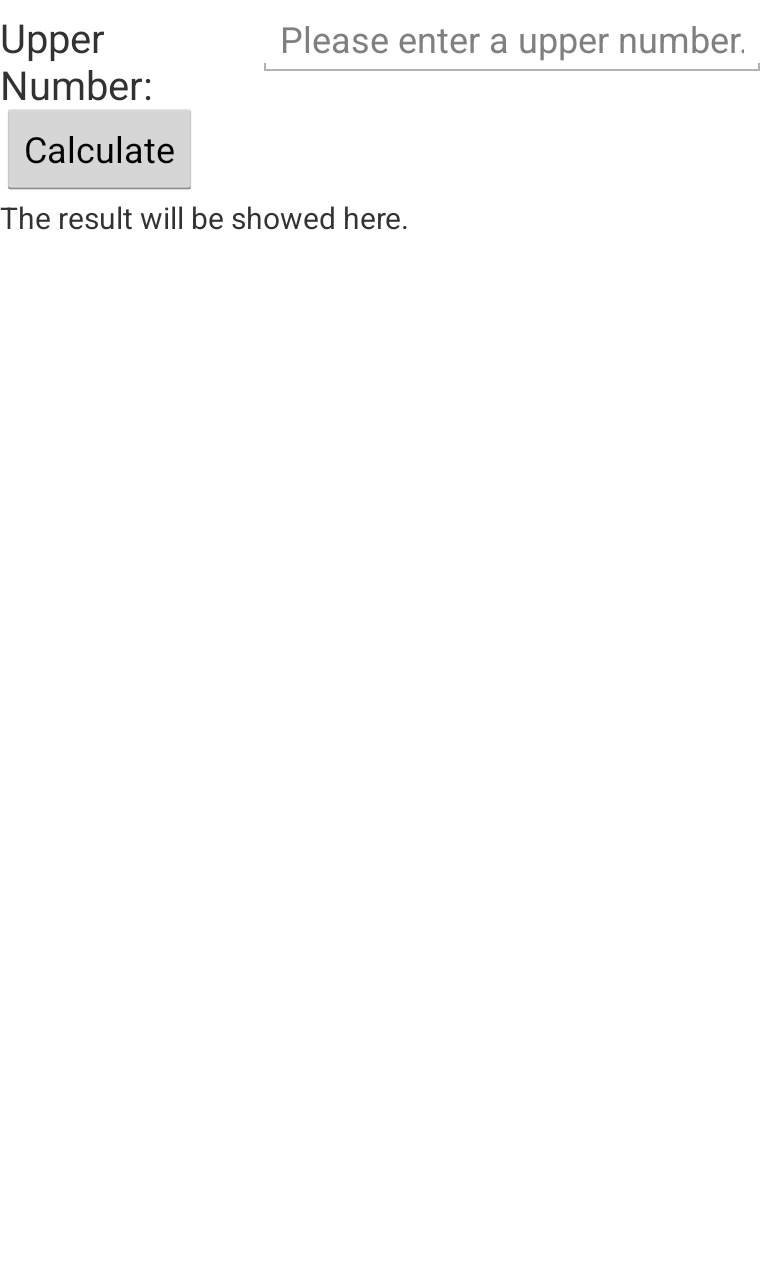
Repository: Liu-D-Henrry/Android
Layout: DemoHandler/res/layout/calculator.xml
An editor plug-in stored every save of this project. The layout is shown before and after the next save, followed by the edit.
It is drawn on a 768 x 1280 px phone screen (xhdpi) without system bars, with theme AppTheme; the app's code is not run.

Above is the layout before, as saved 2013-08-28 07:31:38.

### DemoHandler/res/layout/calculator.xml
<?xml version="1.0" encoding="utf-8"?>
<LinearLayout xmlns:android="http://schemas.android.com/apk/res/android"
    android:layout_width="match_parent"
    android:layout_height="match_parent"
    android:orientation="vertical" >

    <LinearLayout
        android:layout_width="match_parent"
        android:layout_height="wrap_content"
        android:orientation="horizontal" >

    	<TextView
     	   	android:layout_width="0dp"
     	   	android:layout_height="wrap_content"
			android:layout_weight="1"
			android:textSize="20sp"
        	android:text="@string/textNum" />

    	<EditText
        	android:id="@+id/editNum"
        	android:layout_width="0dp"
       		android:layout_height="wrap_content"
       		android:layout_weight="2"
       		android:hint="@string/textHint"
        	android:inputType="number" />

    </LinearLayout>

    <Button
        android:id="@+id/calculate"
        android:layout_width="wrap_content"
        android:layout_height="wrap_content"
        android:text="@string/buttonCalculate" />

    <TextView
        android:id="@+id/result"
        android:layout_width="match_parent"
        android:layout_height="match_parent"
        android:textSize="15sp"
        android:text="@string/result" />

</LinearLayout>

### DemoHandler/res/values/strings.xml
<?xml version="1.0" encoding="utf-8"?>
<resources>

    <string name="app_name">DemoHandler</string>
    <string name="action_settings">Settings</string>
    <string name="hello_world">Hello world!</string>

    <string name="textNum">Upper Number: </string>
    <string name="textHint">Please enter a upper number.</string>
    <string name="buttonCalculate">Calculate</string>
    <string name="result">The result will be showed here.</string>

</resources>

Loaded but not shown: DemoHandler/res/values/styles.xml (common file); DemoHandler/res/values-v11/styles.xml (common file); DemoHandler/res/values-v14/styles.xml (common file)

After the next save:
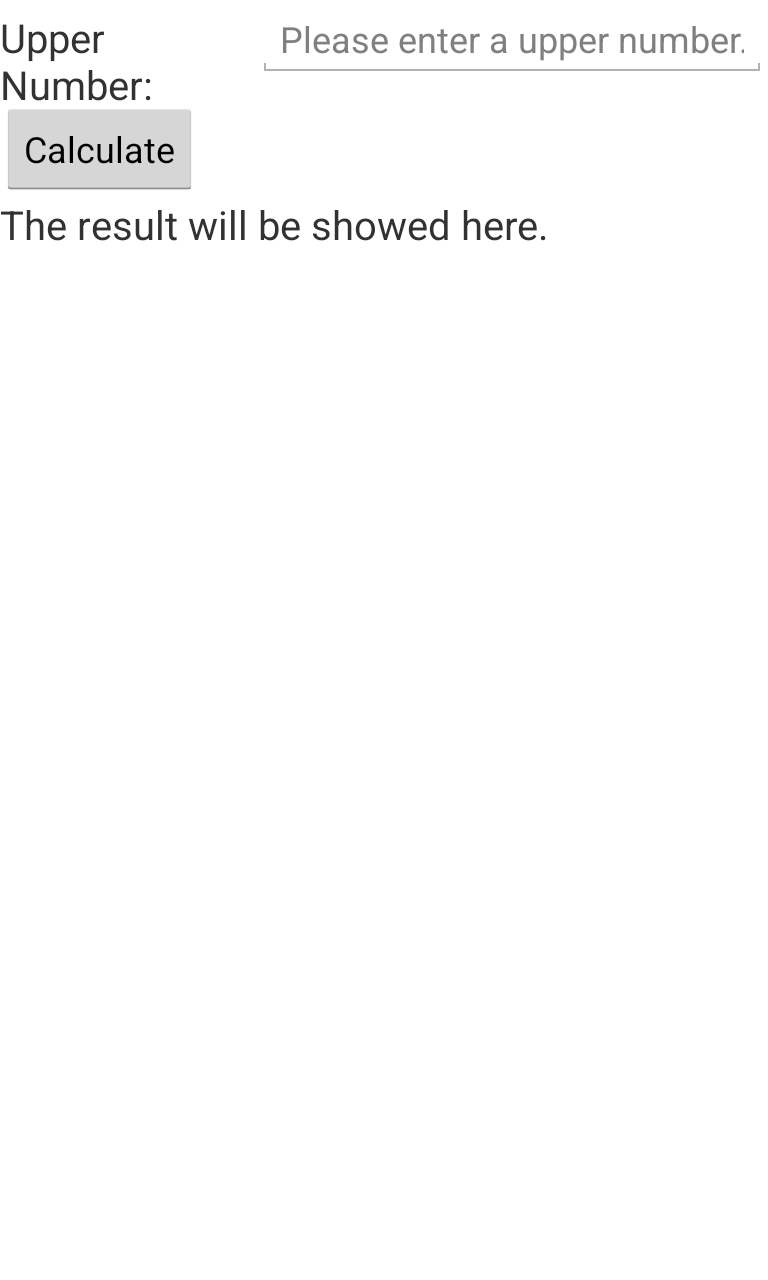
Saved 49 s later.
--- a/DemoHandler/res/layout/calculator.xml
+++ b/DemoHandler/res/layout/calculator.xml
@@ -36,7 +36,7 @@
         android:id="@+id/result"
         android:layout_width="match_parent"
         android:layout_height="match_parent"
-        android:textSize="15sp"
+        android:textSize="20sp"
         android:text="@string/result" />
 
 </LinearLayout>
